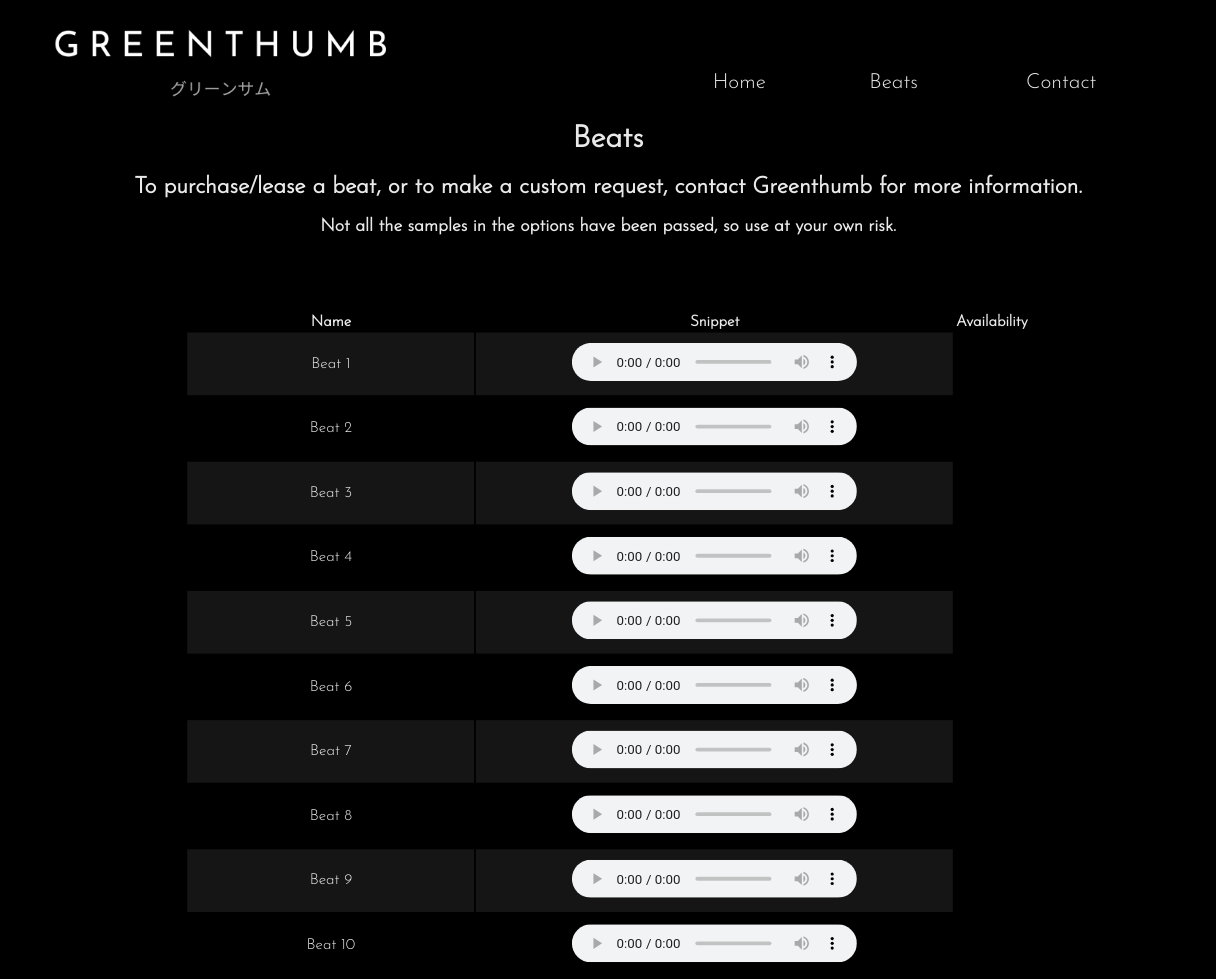
Repository: shayanabedi98/Greenthumb
Page: beats.html
An editor plug-in stored every save of this project. The page is shown before and after the next save, followed by the edit.
The browser window is 1280 px wide. The pictures show the whole page, at 95% of full size.

Above is the page before, as saved 2023-08-17 16:46:07.

### beats.html
<!DOCTYPE html>
<html lang="en">
<head>
    <meta charset="UTF-8">
    <meta name="viewport" content="width=device-width, initial-scale=1.0">
    <title>Beats</title>
    <link rel="stylesheet" href="styles.css">
    <link href="https://fonts.googleapis.com/css2?family=Josefin+Sans:wght@300&display=swap" rel="stylesheet">
</head>
<body>
    <div class="header">
        <header>
            <nav>
                <a href="index.html"><img src="resources/logo.png" alt="Greenthumb Logo"></a>
                <ul>
                    <li><a href="index.html">Home</a></li>
                    <li><a href="beats.html">Beats</a></li>
                    <li><a href="contact.html">Contact</a></li>
                </ul>
            </nav>
        </header>
    </div>
    <div class="beats">
        <h1>Beats</h1>
        <h2>To purchase/lease a beat, or to make a custom request, contact Greenthumb for more information.</h2>
        <h3>Not all the samples in the options have been passed, so use at your own risk.</h3>
        <table align="center">
            <tr>
                <th>Name</th>
                <th>Snippet</th>
                <th>Availability</th>
            </tr>
            <tr bgcolor="15, 15, 15">
                <td width="300">Beat 1</td>
                <td width="500"><audio controlsList="nodownload" controls src="resources/audio/Beat 1.mp3"></audio></td>
            </tr>
            <tr>
                <td width="300">Beat 2</td>
                <td width="500"><audio controlsList="nodownload" controls src="resources/audio/Beat 2.mp3"></audio></td>
            </tr>
            <tr bgcolor="15, 15, 15">
                <td width="300">Beat 3</td>
                <td width="500"><audio controlsList="nodownload" controls src="resources/audio/Beat 3.mp3"></audio></td>
            </tr>
            <tr>
                <td width="300">Beat 4</td>
                <td width="500"><audio controlsList="nodownload" controls src="resources/audio/Beat 4.mp3"></audio></td>
            </tr>
            <tr bgcolor="15, 15, 15">
                <td width="300">Beat 5</td>
                <td width="500"><audio controlsList="nodownload" controls src="resources/audio/Beat 5.mp3"></audio></td>
            </tr>
            <tr>
                <td width="300">Beat 6</td>
                <td width="500"><audio controlsList="nodownload" controls src="resources/audio/Beat 6.mp3"></audio></td>
            </tr>
            <tr bgcolor="15, 15, 15">
                <td width="300">Beat 7</td>
                <td width="500"><audio controlsList="nodownload" controls src="resources/audio/Beat 7.mp3"></audio></td>
            </tr>
            <tr>
                <td width="300">Beat 8</td>
                <td width="500"><audio controlsList="nodownload" controls src="resources/audio/Beat 8.mp3"></audio></td>
            </tr>
            <tr bgcolor="15, 15, 15">
                <td width="300">Beat 9</td>
                <td width="500"><audio controlsList="nodownload" controls src="resources/audio/Beat 9.mp3"></audio></td>
            </tr>
            <tr>
                <td width="300">Beat 10</td>
                <td width="500"><audio controlsList="nodownload" controls src="resources/audio/Beat 10.mp3"></audio></td>
            </tr>
        </table>
    </div>
</body>
</html>

### styles.css
/* All pages */

body {
    margin: 0;
    padding: 0;
    background-color: black;
    color: rgb(233, 233, 233);
    font-family: 'Josefin Sans', sans-serif;
}

nav {
    height: 110px;
}

nav img {
    height: 100px;
    position: absolute;
    transform: translateY(-10px);
}

nav ul {
    list-style: none;
    text-align: right;
    transform: translate(-100px, 0px);
}

nav li {
    display: inline-block;
    text-align: center;
    margin: 0 20px;
}

nav a {
    text-decoration: none;
    width: 40px;
    display: block;
    padding: 20px;
    margin: 0 20px;
    font-size: 22px;
    color: rgb(233, 233, 233);
}

nav a:hover {
    color: rgb(150, 150, 150) !important;
    transition: 0.2s;
    text-decoration: underline;
}

nav a:visited {
    text-decoration: none;
    color: rgb(233, 233, 233);
}

footer nav ul {
    text-align: center;
    transform: translateY(0);
}

/* Home page */

.banner {
    text-align: center;
    width: 100%;
    height: 600px;
}

.banner video {
    object-fit: cover;
    object-position: 50% 100%;
    height: 600px;
    width: 100%;
    opacity: 80%;
}

.banner-content {
    transform: translateY(-410px);
    width: 70%;
    margin: auto;
}

.banner-content h1:hover{
    font-size: 50px;
    color: rgb(179, 179, 179);
    transition: 2s;
}

.banner-content h1:not(:hover) {
    transition: 1s;
}

.banner-content h1 {
    font-size: 46px;
    opacity: 90%;
}

.banner-content h2 {
    font-size: 30px;
    opacity: 90%;
}

.container {
    text-align: center;
    background-color: rgb(0, 0, 0);
    padding: 25px 0 60px 0;
}

.card {
    text-align: center;
    display: inline-block;
    background-color: rgb(19, 19, 19);
    border-radius: 5px;
    width: 350px;
    padding-top: 15px;
    height: 380px;
    margin: 0 20px;
    border: 2px solid rgb(19, 19, 19);
    box-shadow: 0 0 3px 0 rgb(82, 82, 82);
}

.container h3 {
    font-size: 32px;
}

.card img {
    height: 300px;
    width: 300px;
}

.card:hover {
    border: 2px solid rgba(85, 85, 85, 0.5);
    background-color: black;
    transition: ease-in-out 0.6s;
}

.card:not(:hover) {
    transition: ease-in-out 0.3s;
}

.listen {
    text-align: center;
    background-color: rgb(22, 22, 22);
}

.listen h5 {
    font-size: 30px;
}

.listen-video {
    display: inline-block;
    width: 49%;
    height: 70%;
    vertical-align: top;
    margin: 50px auto;
}

.listen-video video {
    width: 40%;
    height: 100%;
    box-shadow: 0 0 10px 0 black;
}

.listen-video video:hover {
    box-shadow: 0 0 20px 0 rgb(59, 59, 59);
    border-radius: 50%;
    transition: 1s;
}

.listen-video video:not(:hover) {
    transition: 1s;
}

.listen-content {
    display: inline-block;
    width: 50%;
    text-align: center;
    vertical-align: top;
    margin: 50px auto;
}

.listen-content img {
    height: 100px;
    display: block;
}

.listen-content h5 {
    margin-top: 0;
}

.listen-content p {
    font-size: 26px;
    width: 80%;
    margin-left: 10%;
    line-height: 30px;
}

#spotify {
    height: 100px;
    display: inline-block;
    transform: translateY(16px);
}

#apple {
    height: 70px;
    display: inline-block;
}

.song-link {
    margin: 0 20px;
}

/* Beats page */
.beats {
    text-align: center;
}

.beats h3 {
    margin-bottom: 80px;
}

audio {
    height: 40px;
    padding: 10px;
}
/* Contact page */

After the next save:
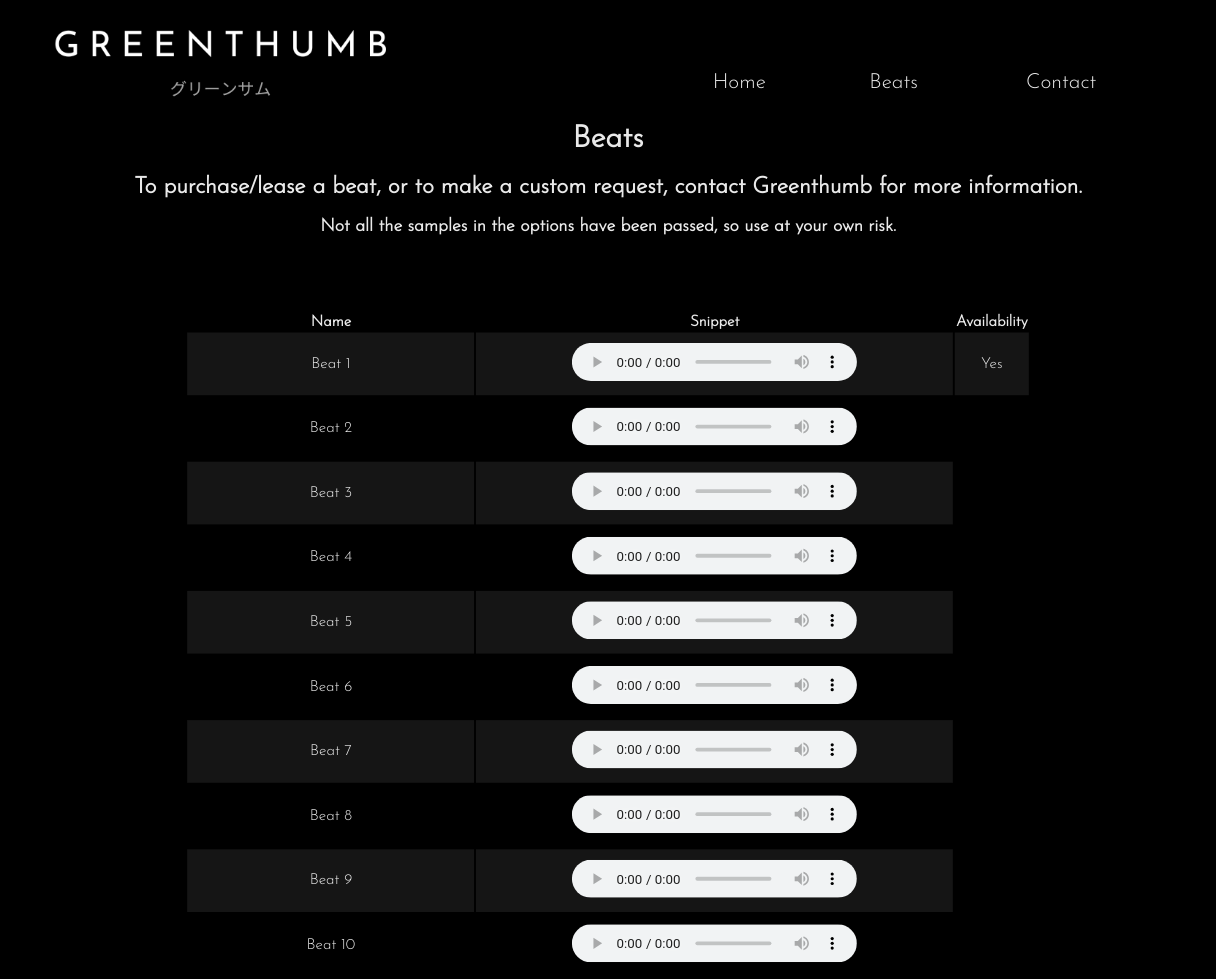
Saved 26 s later.
--- a/beats.html
+++ b/beats.html
@@ -33,6 +33,7 @@
             <tr bgcolor="15, 15, 15">
                 <td width="300">Beat 1</td>
                 <td width="500"><audio controlsList="nodownload" controls src="resources/audio/Beat 1.mp3"></audio></td>
+                <td>Yes</td>
             </tr>
             <tr>
                 <td width="300">Beat 2</td>
